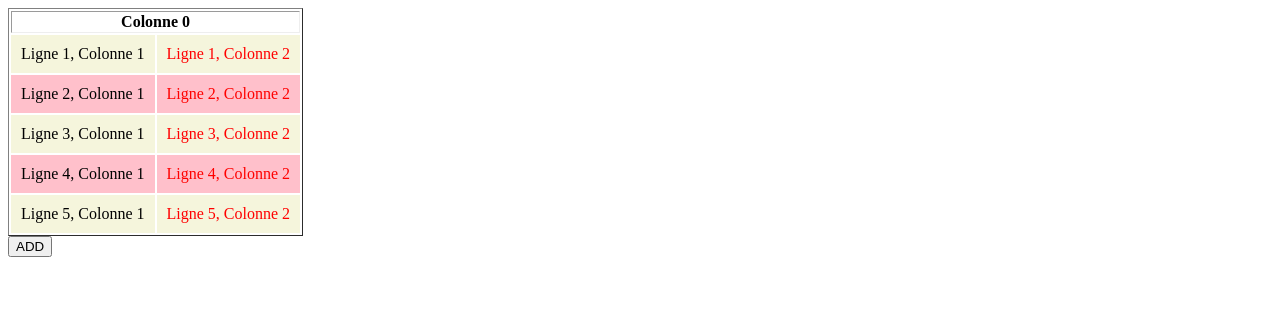
Repository: Chaimaa482/web-tp4
Page: ex1.html
These files come from the project's save history. The page is drawn as it stood at one moment and after a run of saves; the edit follows.
The browser window is 1280 px wide. The pictures show the whole page.

Above is the page before, as saved 2023-10-29 15:02:13.

### ex1.html
<!DOCTYPE html>
<html>
<style>
</style>
<body>
    <table border="1">
        <tr>
            <th>Colonne 0</th>
            <th>Colonne 0</th>
        </tr>
        <tr>
            <td>Ligne 1, Colonne 1</td>
            <td>Ligne 1, Colonne 2</td>
        </tr>
        <tr>
            <td>Ligne 2, Colonne 1</td>
            <td>Ligne 2, Colonne 2</td>
        </tr>
        <tr>
            <td>Ligne 3, Colonne 1</td>
            <td>Ligne 3, Colonne 2</td>
        </tr>
        <tr>
            <td>Ligne 4, Colonne 1</td>
            <td>Ligne 4, Colonne 2</td>
        </tr>
        <tr>
            <td>Ligne 5, Colonne 1</td>
            <td>Ligne 5, Colonne 2</td>
        </tr>

    </table>
    <button>ADD</button>

    <script>
        var table = document.getElementsByTagName('table');
        var cells = document.getElementsByTagName("td");
        // Donner une couleur de fond rose aux lignes paires et beige aux lignes impaires
        var rows = document.querySelectorAll("tr");
        for (var i = 1; i < rows.length; i++) {
            if (i % 2 === 0) {
                rows[i].style.backgroundColor = "pink";
            } else {
                rows[i].style.backgroundColor = "beige";
            }
        }

        // Donner une classe col1 aux colonnes paires et col2 aux colonnes impaires
        for (var i = 0; i < cells.length; i++) {
            if (i % 2 === 0) {
                cells[i].style.color= 'black';
            } else {
                cells[i].style.color= 'red';
            }
        }
        //fusionner la premiere line
        var row = document.querySelector('table tr:first-child');
        row.cells[0].colSpan=2;
        row.removeChild(row.cells[1]);


        //delete bordure
        rows[0].style.border = "none";
        for (var i = 0; i < cells.length; i++) {
            cells[i].style.border = "none";
            cells[i].style.padding='10px'
        }

        //making the table cells editable on click
        for (var i = 0; i < cells.length; i++) {
        cells[i].addEventListener("click", function() {
        var cellText = this.innerText;
        this.innerHTML = "<input type='text' value='" + cellText + "'>";
        var input = this.querySelector("input");
        input.focus();
        input.addEventListener("blur", function() {
            cellText = this.value;
            this.parentNode.innerText = cellText;
        });
         }); }

         //add row
         var addButton = document.querySelector('button');
         addButton.addEventListener('click', function() {
          var newRow = document.createElement('tr');
          newRow.innerHTML = "<td><input type='text' value=''></td><td><input type='text' value=''></td><td></td>";
          document.querySelector('table').appendChild(newRow);
          });

          //delete button





    </script>
</body>
</html>

After the next 4 saves:
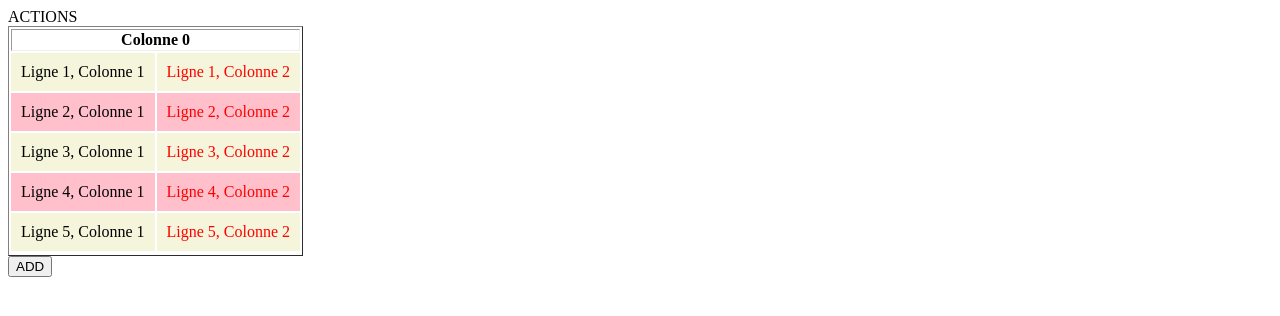
The 4 saves are shown as one change because they came seconds apart.
The last was saved 47 s later.
--- a/ex1.html
+++ b/ex1.html
@@ -28,6 +28,7 @@
             <td>Ligne 5, Colonne 1</td>
             <td>Ligne 5, Colonne 2</td>
         </tr>
+        <tr>ACTIONS</tr>
 
     </table>
     <button>ADD</button>

After the 3 saves that followed:
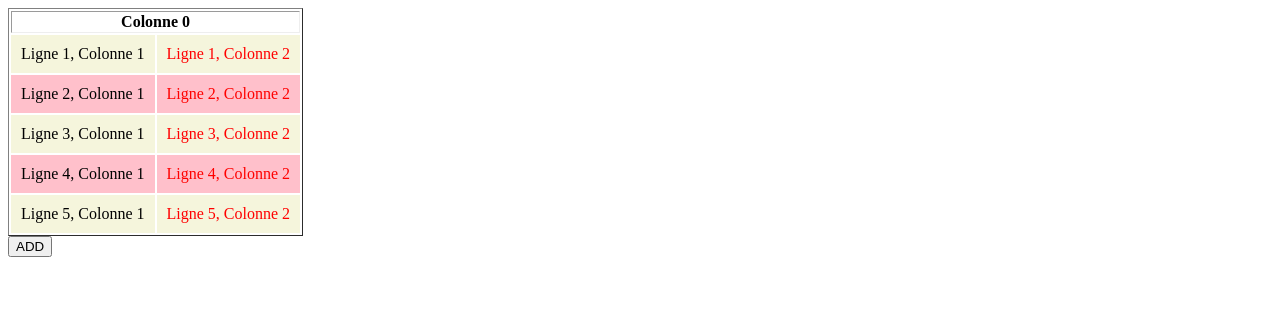
The 3 saves are shown as one change because 1 left the picture as it was and some came seconds apart.
The last was saved 27 s later.
--- a/ex1.html
+++ b/ex1.html
@@ -28,7 +28,7 @@
             <td>Ligne 5, Colonne 1</td>
             <td>Ligne 5, Colonne 2</td>
         </tr>
-        <tr>ACTIONS</tr>
+
 
     </table>
     <button>ADD</button>
